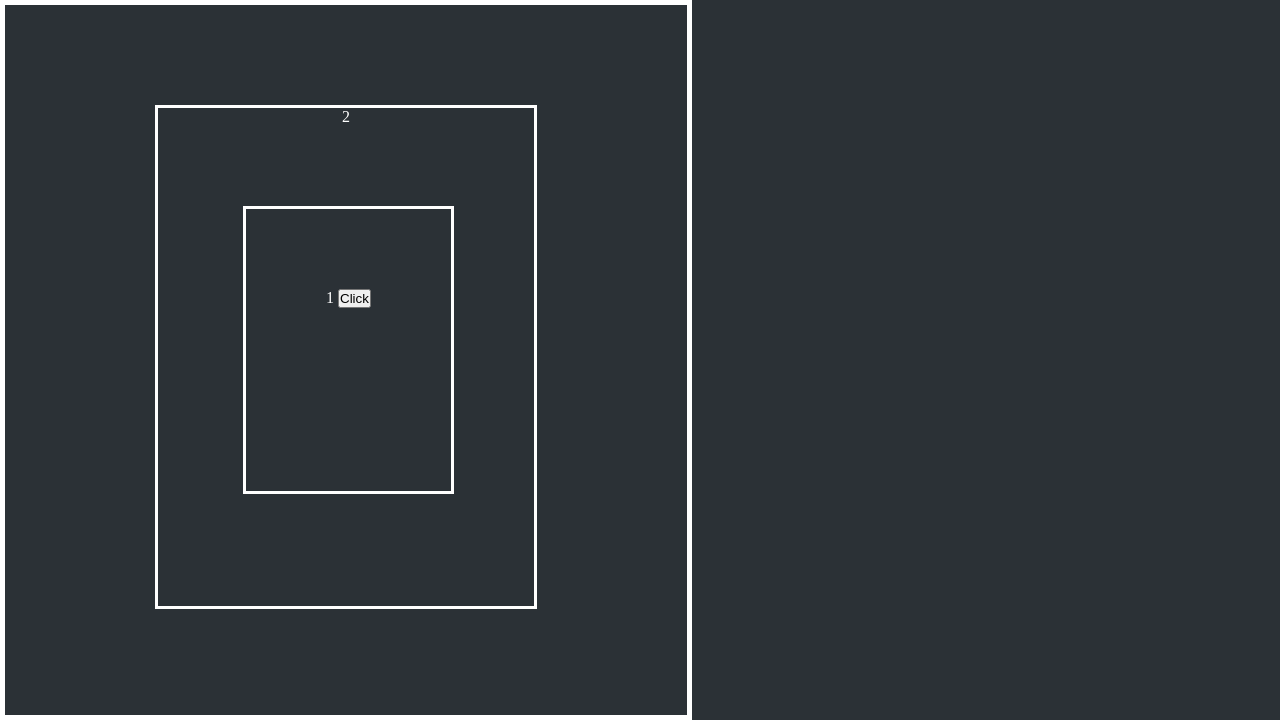
Repository: wakoya-tech/react-project
Page: Desktop/shaakala/hara/index.html
These files come from the project's save history. The page is drawn as it stood at one moment and after the next save; the edit follows.
The browser window is 1280 px wide. The pictures show the whole page.

Above is the page before, as saved 2025-08-29 16:30:26.

After the next save:
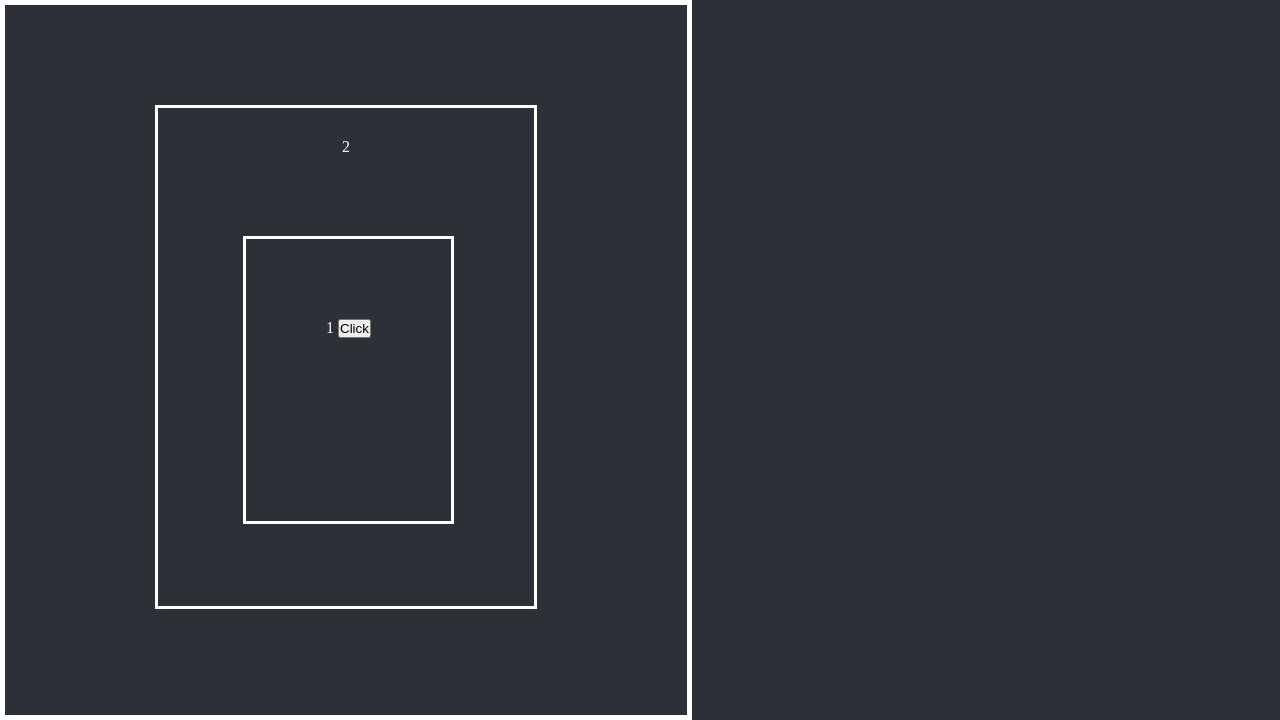
Saved 38 s later.
--- a/Desktop/shaakala/hara/index.html
+++ b/Desktop/shaakala/hara/index.html
@@ -27,7 +27,7 @@
         text-align: center;
         justify-items: center;
         height: 70vh;
-        top: 789px;
+        padding-top: 30px;
 
 
     }

After the save that followed:
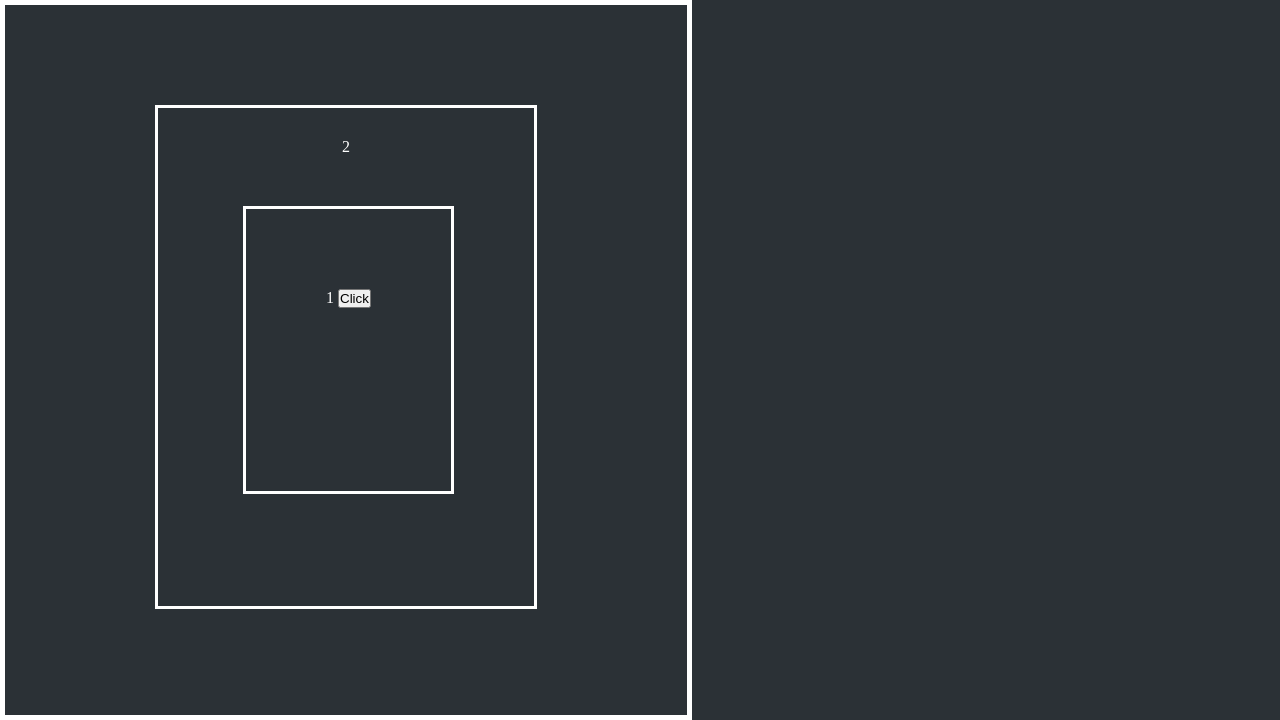
Saved 16 s later.
--- a/Desktop/shaakala/hara/index.html
+++ b/Desktop/shaakala/hara/index.html
@@ -33,7 +33,7 @@
     }
     .div1{
         border: 3px solid white;
-        margin: 80px 80px 90px 85px;
+        margin: 50px 80px 90px 85px;
         color: white;
         padding: 80px 80px 60px 80px;
         height: 40vh;
